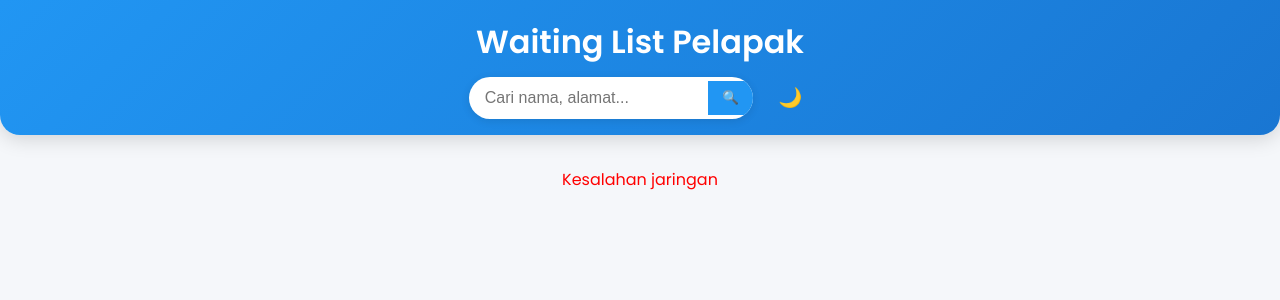
Repository: pasarrakyatbak/WaitingListforPanitia
Page: index.html
The author's editor kept a copy of each file at every save. The page is drawn from the files as they stood at one save, then again after the next save.
The browser window is 1280 px wide. The pictures show the whole page.
The page's requests for data from a server got no answer.

Above is the page before, as saved 2025-09-25 16:44:28.

### index.html
<!DOCTYPE html>
<html lang="id">

<head>
    <meta charset="UTF-8">
    <meta name="viewport" content="width=device-width, initial-scale=1.0">
    <title>Waiting List Pelapak</title>
    <link href="https://fonts.googleapis.com/css2?family=Poppins:wght@400;500;600&display=swap" rel="stylesheet">
    <link rel="stylesheet" href="style.css">
</head>

<body>
    <!-- App Bar -->
    <div class="app-bar">
        <h1>Waiting List Pelapak</h1>
        <div class="header-actions">
            <!-- Search -->
            <div class="search-container">
                <input type="text" id="searchInput" placeholder="Cari nama, alamat...">
                <button id="searchBtn" aria-label="Cari">
                    <span class="icon">🔍</span>
                </button>
            </div>

            <!-- Toggle Dark Mode -->
            <button id="darkSwitch" class="toggle-dark" aria-label="Ganti tema">
                <span class="icon sun">☀️</span>
                <span class="icon moon">🌙</span>
            </button>

        </div>
    </div>

    <!-- Loader -->
    <div class="loader hidden" id="loader">
        <div class="spinner"></div>
        <div>Memuat data...</div>
    </div>

    <!-- List Container -->
    <div class="grid" id="listContainer"></div>

    <!-- Pagination -->
    <div class="pagination" id="pagination"></div>

    <!-- Modal -->
    <div class="modal hidden" id="modal">
        <div class="modal-content">
            <div id="modalMessage"></div>
            <div class="modal-actions">
                <button class="btn secondary" id="cancelBtn">Batal</button>
                <button class="btn primary" id="confirmBtn">
                    <span class="btn-text">Ya</span>
                    <span class="btn-spinner hidden"></span>
                </button>
            </div>
        </div>
    </div>

    <!-- Toast -->
    <div class="toast hidden" id="toast">
        <span id="toastMessage"></span>
        <button id="toastClose">✖</button>
    </div>

    <script src="script.js"></script>
</body>

</html>

### style.css
/* Reset & Global */
* {
    margin: 0;
    padding: 0;
    box-sizing: border-box;
}

body {
    font-family: "Poppins", sans-serif;
    background: #f5f7fa;
    color: #212121;
    display: flex;
    flex-direction: column;
    min-height: 100vh;
    transition: background 0.4s, color 0.4s;
    line-height: 1.6;
}

/* 🌙 Dark Mode Global */
body.dark {
    background: #121212;
    color: #e0e0e0;
}

/* App Bar */
.app-bar {
    background: linear-gradient(135deg, #2196f3, #1976d2);
    color: #fff;
    padding: 1rem 1.5rem;
    text-align: center;
    box-shadow: 0 4px 20px rgba(0, 0, 0, 0.15);
    position: sticky;
    top: 0;
    z-index: 100;
    border-bottom-left-radius: 20px;
    border-bottom-right-radius: 20px;
    transition: background 0.4s, box-shadow 0.4s;
}

.app-bar h1 {
    font-size: 1.8rem;
    font-weight: 600;
}

.header-actions {
    display: flex;
    justify-content: center;
    gap: 1rem;
    flex-wrap: wrap;
    margin-top: 0.6rem;
}

/* 🌙 Dark Mode App Bar */
body.dark .app-bar {
    background: linear-gradient(135deg, #0d47a1, #1565c0);
    box-shadow: 0 4px 20px rgba(255, 255, 255, 0.1);
}

/* 🎨 Modern Buttons */
.btn {
    display: inline-flex;
    align-items: center;
    justify-content: center;
    gap: 0.5rem;
    padding: 0.65rem 1.2rem;
    border: none;
    border-radius: 14px;
    font-size: 0.9rem;
    font-weight: 600;
    cursor: pointer;
    transition: all 0.3s ease;
    box-shadow: 0 4px 12px rgba(0, 0, 0, 0.12);
    position: relative;
    overflow: hidden;
}

/* efek klik ripple */
.btn::after {
    content: "";
    position: absolute;
    inset: 0;
    background: rgba(255, 255, 255, 0.2);
    opacity: 0;
    transition: opacity 0.3s;
}

.btn:active::after {
    opacity: 1;
    transition: opacity 0s;
}

/* Variasi tombol */
.btn.primary {
    background: linear-gradient(135deg, #4caf50, #388e3c);
    color: #fff;
}

.btn.primary:hover {
    transform: translateY(-2px);
    box-shadow: 0 6px 15px rgba(56, 142, 60, 0.35);
}

.btn.secondary {
    background: linear-gradient(135deg, #2196f3, #1976d2);
    color: #fff;
}

.btn.secondary:hover {
    transform: translateY(-2px);
    box-shadow: 0 6px 15px rgba(25, 118, 210, 0.35);
}

.btn.danger {
    background: linear-gradient(135deg, #f44336, #c62828);
    color: #fff;
}

.btn.danger:hover {
    transform: translateY(-2px);
    box-shadow: 0 6px 15px rgba(198, 40, 40, 0.35);
}

.btn.outline {
    background: transparent;
    border: 2px solid #2196f3;
    color: #2196f3;
}

.btn.outline:hover {
    background: #2196f3;
    color: #fff;
}

/* 🌙 Dark mode tombol */
body.dark .btn.primary {
    background: linear-gradient(135deg, #66bb6a, #2e7d32);
}

body.dark .btn.secondary {
    background: linear-gradient(135deg, #64b5f6, #1565c0);
}

body.dark .btn.danger {
    background: linear-gradient(135deg, #ef5350, #b71c1c);
}

body.dark .btn.outline {
    border-color: #90caf9;
    color: #90caf9;
}

body.dark .btn.outline:hover {
    background: #90caf9;
    color: #121212;
}

/* 🔘 Icon Button Round */
.btn.icon {
    width: 42px;
    height: 42px;
    border-radius: 50%;
    padding: 0;
    display: inline-flex;
    align-items: center;
    justify-content: center;
    font-size: 1.2rem;
    background: #2196f3;
    color: #fff;
    border: none;
    cursor: pointer;
    transition: all 0.3s ease;
    box-shadow: 0 3px 10px rgba(33, 150, 243, 0.3);
}

.btn.icon:hover {
    transform: scale(1.05);
    box-shadow: 0 5px 14px rgba(33, 150, 243, 0.4);
}

.btn.icon:active {
    transform: scale(0.95);
}

/* 🌙 Dark mode untuk tombol icon */
body.dark .btn.icon {
    background: #90caf9;
    color: #121212;
    box-shadow: 0 3px 10px rgba(144, 202, 249, 0.25);
}

/* Search modern */
.search-container {
    display: flex;
    align-items: center;
    background: #fff;
    border-radius: 30px;
    overflow: hidden;
    box-shadow: 0 2px 8px rgba(0, 0, 0, 0.1);
    transition: background 0.3s;
}

.search-container input {
    border: none;
    outline: none;
    padding: 0.6rem 1rem;
    font-size: 0.9rem;
    flex: 1;
    background: transparent;
}

.search-container button {
    background: #2196f3;
    border: none;
    color: #fff;
    padding: 0.6rem 0.9rem;
    cursor: pointer;
    transition: background 0.3s;
}

.search-container button:hover {
    background: #1976d2;
}

/* Dark mode search */
body.dark .search-container {
    background: #1f1f1f;
}

body.dark .search-container input {
    color: #fff;
}

/* Toggle Dark Mode Button */
.toggle-dark {
    background: transparent;
    border: none;
    cursor: pointer;
    font-size: 1.4rem;
    display: flex;
    align-items: center;
    justify-content: center;
    width: 42px;
    height: 42px;
    border-radius: 50%;
    transition: background 0.3s;
}

.toggle-dark:hover {
    background: rgba(0, 0, 0, 0.05);
}

.toggle-dark .icon {
    display: none;
}

.toggle-dark .sun {
    color: #ff9800;
}

.toggle-dark .moon {
    color: #1976d2;
}

.toggle-dark.active .sun {
    display: inline;
}

.toggle-dark.active .moon {
    display: none;
}

.toggle-dark:not(.active) .moon {
    display: inline;
}


/* Loader */
.loader {
    display: flex;
    flex-direction: column;
    align-items: center;
    margin: 2rem 0;
    gap: 0.8rem;
}

.loader.hidden {
    display: none;
}

.spinner {
    border: 4px solid #e0e0e0;
    border-top: 4px solid #2196f3;
    border-radius: 50%;
    width: 40px;
    height: 40px;
    animation: spin 1s linear infinite;
}

@keyframes spin {
    100% {
        transform: rotate(360deg);
    }
}

/* 🌙 Dark Mode Loader */
body.dark .spinner {
    border: 4px solid #444;
    border-top: 4px solid #90caf9;
}

/* Grid */
.grid {
    display: grid;
    grid-template-columns: repeat(auto-fit, minmax(260px, 1fr));
    gap: 1.5rem;
    padding: 1.5rem;
}

/* Card */
.card {
    position: relative;
    background: #fff;
    border-radius: 16px;
    padding: 1.5rem;
    box-shadow: 0 6px 20px rgba(0, 0, 0, 0.08);
    transition: transform 0.3s, box-shadow 0.3s, background 0.4s, color 0.4s;
    display: flex;
    flex-direction: column;
}

.card:hover {
    transform: translateY(-6px);
    box-shadow: 0 12px 30px rgba(0, 0, 0, 0.15);
}

.card .title {
    font-weight: 600;
    font-size: 1.5rem;
    margin-bottom: 0.5rem;
}

.card .subtitle {
    font-size: 1rem;
    color: #666;
}

/* 🌙 Dark Mode Card */
body.dark .card {
    background: #1e1e1e;
    color: #e0e0e0;
    box-shadow: 0 6px 20px rgba(255, 255, 255, 0.05);
}

body.dark .card:hover {
    box-shadow: 0 12px 30px rgba(255, 255, 255, 0.1);
}

body.dark .card .subtitle {
    color: #bdbdbd;
}

/* Modal */
.modal {
    position: fixed;
    inset: 0;
    background: rgba(0, 0, 0, 0.45);
    display: flex;
    align-items: center;
    justify-content: center;
    z-index: 1000;
}

.modal.hidden {
    display: none;
}

.modal-content {
    background: #fff;
    padding: 2rem;
    border-radius: 20px;
    max-width: 400px;
    width: 90%;
    text-align: center;
    box-shadow: 0 10px 30px rgba(0, 0, 0, 0.2);
    animation: fadeInUp 0.3s ease;
    transition: background 0.4s, color 0.4s;
}

/* 🌙 Dark Mode Modal */
body.dark .modal-content {
    background: #2a2a2a;
    color: #e0e0e0;
    box-shadow: 0 10px 30px rgba(255, 255, 255, 0.05);
}

/* Toast */
.toast {
    position: fixed;
    top: 12%;
    left: 50%;
    transform: translateX(-50%) scale(0.9);
    background: #323232;
    color: #fff;
    padding: 0.9rem 1.4rem;
    border-radius: 14px;
    font-size: 0.9rem;
    opacity: 0;
    display: flex;
    align-items: center;
    gap: 0.7rem;
    transition: opacity 0.3s, transform 0.3s;
    z-index: 2000;
}

.toast.show {
    opacity: 1;
    transform: translateX(-50%) scale(1);
}

.toast.success {
    background: #4caf50;
}

.toast.error {
    background: #f44336;
}

.toast button {
    background: transparent;
    border: none;
    color: #fff;
    font-size: 1.1rem;
    cursor: pointer;
}

/* 🌙 Dark Mode Toast */
body.dark .toast {
    background: #444;
    color: #fff;
}

body.dark .toast.success {
    background: #388e3c;
}

body.dark .toast.error {
    background: #c62828;
}

/* Pagination */
.pagination {
    display: flex;
    justify-content: center;
    gap: 0.5rem;
    margin: 1.2rem 0;
    flex-wrap: wrap;
}

.pagination button {
    padding: 0.5rem 1rem;
    border-radius: 20px;
    border: 1px solid #2196f3;
    background: #fff;
    color: #2196f3;
    cursor: pointer;
    transition: all 0.3s ease;
}

.pagination button.active {
    background: #2196f3;
    color: #fff;
}

/* 🌙 Dark Mode Pagination */
body.dark .pagination button {
    border-color: #81c784;
    color: #81c784;
    background: transparent;
}

body.dark .pagination button.active {
    background: #4caf50;
    color: #fff;
}

/* Status umum */
.card .status {
    display: inline-block;
    font-size: 0.85rem;
    font-weight: 600;
    padding: 3px 10px;
    border-radius: 20px;
    margin-bottom: 0.6rem;
}

/* Waiting */
.card.waiting {
    background: #fff8e1;
    border-left: 5px solid #fbc02d;
}

.card.waiting .status {
    background: #fbc02d;
    color: #333;
}

/* Done */
.card.done {
    background: #e8f5e9;
    border-left: 5px solid #43a047;
}

.card.done .status {
    background: #43a047;
    color: #fff;
}

/* 🌙 Dark Mode Status */
body.dark .card.waiting {
    background: #2a2618;
    border-left: 5px solid #fdd835;
}

body.dark .card.waiting .status {
    background: #fdd835;
    color: #212121;
}

body.dark .card.done {
    background: #1b2d1b;
    border-left: 5px solid #66bb6a;
}

body.dark .card.done .status {
    background: #66bb6a;
    color: #fff;
}

/* 📱 Responsif */

/* Mobile kecil */
@media (max-width: 480px) {
    .app-bar h1 {
        font-size: 1.4rem;
    }

    .header-actions {
        flex-direction: column;
        gap: 0.6rem;
        align-items: stretch;
    }

    /* Search mobile */
    .search-container {
        width: 100%;
        padding: 0.4rem 0.6rem;
        border-radius: 25px;
    }

    .search-container input {
        font-size: 0.85rem;
    }

    .search-container button {
        padding: 0.5rem 0.7rem;
        font-size: 0.9rem;
    }

    /* Toggle dark mode mobile */
    .toggle-dark {
        align-self: flex-end;
        padding: 0.5rem;
        font-size: 1rem;
    }

    .card {
        padding: 1rem;
    }

    .card .title {
        font-size: 1.2rem;
    }

    .card .subtitle {
        font-size: 0.85rem;
    }

    .btn {
        font-size: 0.8rem;
        padding: 0.5rem;
    }

    .modal-content {
        padding: 1.2rem;
    }
}

/* Tablet */
@media (max-width: 768px) {
    .app-bar h1 {
        font-size: 1.6rem;
    }

    .header-actions {
        gap: 0.8rem;
    }

    /* Search tablet */
    .search-container {
        flex: 1;
        max-width: 420px;
    }

    .search-container input {
        font-size: 0.9rem;
    }

    .search-container button {
        padding: 0.55rem 0.9rem;
    }

    /* Toggle dark mode tablet */
    .toggle-dark {
        padding: 0.6rem;
        font-size: 1.1rem;
    }

    .grid {
        grid-template-columns: repeat(auto-fit, minmax(200px, 1fr));
        gap: 1rem;
        padding: 1rem;
    }

    .card {
        padding: 1.2rem;
    }

    .pagination {
        gap: 0.3rem;
    }

    .pagination button {
        padding: 0.4rem 0.8rem;
        font-size: 0.85rem;
    }
}

/* Laptop / Desktop */
@media (min-width: 1024px) {
    .app-bar h1 {
        font-size: 2rem;
    }

    .header-actions {
        flex-direction: row;
        gap: 1rem;
    }

    /* Search desktop */
    .search-container {
        max-width: 500px;
    }

    .search-container input {
        font-size: 1rem;
    }

    /* Toggle dark mode desktop */
    .toggle-dark {
        padding: 0.7rem;
        font-size: 1.2rem;
    }

    .grid {
        grid-template-columns: repeat(auto-fit, minmax(280px, 1fr));
        gap: 2rem;
        padding: 2rem;
    }

    .card {
        padding: 1.8rem;
    }
}

### script.js
const URL_API = "https://script.google.com/macros/s/AKfycby4z2qZ24SrJkcyGpybH29lSUC_3_z1LG-7wSmTzpaOEXrwjXf0Cl3hqkg95qAxPj1-/exec";

const listContainer = document.getElementById("listContainer");
const modal = document.getElementById("modal");
const modalMessage = document.getElementById("modalMessage");
const confirmBtn = document.getElementById("confirmBtn");
const cancelBtn = document.getElementById("cancelBtn");
const loader = document.getElementById("loader");
const btnText = confirmBtn.querySelector(".btn-text");
const btnSpinner = confirmBtn.querySelector(".btn-spinner");
const searchInput = document.getElementById("searchInput");
const searchBtn = document.getElementById("searchBtn");
const paginationDiv = document.getElementById("pagination");
const darkSwitch = document.getElementById("darkSwitch");

let selectedItem = null;
let selectedAction = null;
let selectedCardButton = null;
let currentPage = 1;
let totalPages = 1;
let currentKeyword = "";
let searchTimeout = null;

let allData = []; // cache semua data

// Loader & Spinner
const showLoader = () => loader.classList.remove("hidden");
const hideLoader = () => loader.classList.add("hidden");
const setButtonLoading = (state) => {
    btnText.textContent = state ? "Memproses..." : "Ya";
    btnSpinner.classList.toggle("hidden", !state);
    confirmBtn.disabled = state;
};

// Fetch data dari API sekali saja
async function fetchData(limit = 1000) {
    const url = `${URL_API}?action=waitingList&page=1&limit=${limit}`;
    const res = await fetch(url);
    return res.json();
}

// Load data (dengan filter lokal)
async function loadData(page = 1, limit = 10, keyword = "") {
    showLoader();
    try {
        // fetch hanya sekali saat awal
        if (allData.length === 0) {
            const json = await fetchData(1000); // ambil banyak sekaligus
            if (json.success) {
                allData = json.data;
            } else {
                listContainer.innerHTML = `<p style="text-align:center;">Data kosong</p>`;
                hideLoader();
                return;
            }
        }

        // filter lokal
        const filtered = keyword
            ? allData.filter(item =>
                item.nama.toLowerCase().includes(keyword.toLowerCase()) ||
                item.alamat.toLowerCase().includes(keyword.toLowerCase()) ||
                item.jualan.toLowerCase().includes(keyword.toLowerCase())
            )
            : allData;

        // pagination manual
        totalPages = Math.ceil(filtered.length / limit) || 1;
        const start = (page - 1) * limit;
        const end = start + limit;
        const paginated = filtered.slice(start, end);

        listContainer.innerHTML = "";
        if (paginated.length) {
            const fragment = document.createDocumentFragment();
            paginated.forEach(item => fragment.appendChild(createCard(item)));
            listContainer.appendChild(fragment);
            currentPage = page;
            renderPagination();
        } else {
            listContainer.innerHTML = `<p style="text-align:center;">Data tidak ditemukan</p>`;
            paginationDiv.innerHTML = "";
        }
    } catch (err) {
        console.error("Error loadData:", err);
        listContainer.innerHTML = `<p style="text-align:center; color:red;">Kesalahan jaringan</p>`;
        paginationDiv.innerHTML = "";
    } finally {
        hideLoader();
    }
}

// Create card
function createCard(item) {
    const card = document.createElement("div");
    const statusClass = item.status === "done" ? "done" : "waiting";
    const statusText = item.status === "done" ? "Done" : "Waiting List";

    card.className = `card ${statusClass}`;
    card.dataset.no = item.no;
    card.innerHTML = `
        <div class="status">${statusText}</div>
        <div class="title">${item.no}. ${item.nama}</div>
        <div class="subtitle"><strong>Alamat:</strong> ${item.alamat}</div>
        <div class="subtitle"><strong>Jualan:</strong> ${item.jualan}</div>
        <div class="subtitle"><strong>WA:</strong> ${item.nomor_wa}</div>
        <div class="actions">
            <button class="btn primary">
                <span class="btn-text">${item.status === "done" ? "Selesai ✅" : "Tandai Selesai"}</span>
                <span class="btn-card-spinner hidden"></span>
            </button>
            <button class="btn danger">
                <span class="btn-text">Hapus</span>
                <span class="btn-card-spinner hidden"></span>
            </button>
        </div>
    `;
    return card;
}



// Event delegation untuk tombol Done/Hapus
listContainer.addEventListener("click", (e) => {
    const card = e.target.closest(".card");
    if (!card) return;
    const item = {
        no: card.dataset.no,
        nama: card.querySelector(".title").textContent.split(". ")[1]
    };
    if (e.target.closest(".btn.primary")) {
        selectedItem = item;
        selectedAction = "done";
        selectedCardButton = e.target.closest(".btn.primary");
        modalMessage.textContent = `Tandai "${item.nama}" sebagai Done?`;
        modal.classList.remove("hidden");
    } else if (e.target.closest(".btn.danger")) {
        selectedItem = item;
        selectedAction = "delete";
        selectedCardButton = e.target.closest(".btn.danger");
        modalMessage.textContent = `Hapus "${item.nama}" dari waiting list?`;
        modal.classList.remove("hidden");
    }
});

// Modal cancel
cancelBtn.addEventListener("click", resetModal);

// Modal confirm
confirmBtn.addEventListener("click", async () => {
    if (!selectedItem || !selectedAction) return resetModal();
    const actionApi = selectedAction === "done" ? "approveWaitingList" : "deleteWaitingList";

    setButtonLoading(true);
    const spinnerCard = selectedCardButton.querySelector(".btn-card-spinner");
    selectedCardButton.disabled = true;
    spinnerCard.classList.remove("hidden");

    try {
        const res = await fetch(URL_API, {
            method: "POST",
            body: new URLSearchParams({ action: actionApi, no: selectedItem.no })
        });
        const json = await res.json();
        if (json.success) {
            showToast(`"${selectedItem.nama}" berhasil ${selectedAction === "done" ? 'ditandai Done ✅' : 'dihapus ❌'}`, "success");

            // 🔑 refresh data supaya sesuai dengan sheet
            allData = [];
            await loadData(currentPage, 10, currentKeyword);
        } else {
            showToast(json.message || "Gagal update data", "error");
        }
    } catch (err) {
        console.error("Error confirm:", err);
        showToast("Kesalahan jaringan", "error");
    } finally {
        setButtonLoading(false);
        spinnerCard.classList.add("hidden");
        selectedCardButton.disabled = false;
        resetModal();
    }
});

function resetModal() {
    modal.classList.add("hidden");
    selectedItem = null;
    selectedAction = null;
    selectedCardButton = null;
}

// Update card
function markAsDone(no) {
    const card = listContainer.querySelector(`.card[data-no="${no}"]`);
    if (card) card.classList.add("done");
}
function removeCard(no) {
    const card = listContainer.querySelector(`.card[data-no="${no}"]`);
    if (card) card.remove();
}

// Toast
function showToast(message, type = "success") {
    const toast = document.getElementById("toast");
    const toastMessage = document.getElementById("toastMessage");
    const toastClose = document.getElementById("toastClose");
    toastMessage.textContent = message;
    toast.className = `toast ${type} show`;
    const timer = setTimeout(() => { toast.className = "toast hidden"; }, 3000);
    toastClose.onclick = () => { clearTimeout(timer); toast.className = "toast hidden"; };
}

// Pagination
function renderPagination() {
    paginationDiv.innerHTML = "";
    for (let i = 1; i <= totalPages; i++) {
        const btn = document.createElement("button");
        btn.textContent = i;
        if (i === currentPage) btn.classList.add("active");
        btn.addEventListener("click", () => loadData(i, 10, currentKeyword));
        paginationDiv.appendChild(btn);
    }
}

// Search dengan debounce (filter lokal)
searchBtn.addEventListener("click", () => triggerSearch());
searchInput.addEventListener("input", () => triggerSearch());
function triggerSearch() {
    clearTimeout(searchTimeout);
    searchTimeout = setTimeout(() => {
        currentKeyword = searchInput.value.trim();
        loadData(1, 10, currentKeyword);
    }, 300);
}

// Dark mode
if (localStorage.getItem("darkMode") === "true") {
    document.body.classList.add("dark");
    darkSwitch.classList.add("active"); // tampilkan icon matahari
}

darkSwitch.addEventListener("click", () => {
    const isDark = document.body.classList.toggle("dark");
    localStorage.setItem("darkMode", isDark);
    darkSwitch.classList.toggle("active", isDark);
});

// Load awal
window.addEventListener("DOMContentLoaded", () => loadData());

After the next save:
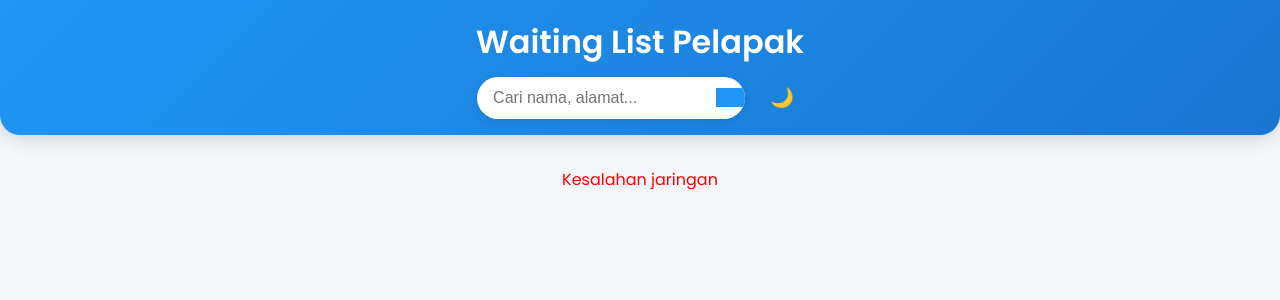
Saved 97 s later.
--- a/index.html
+++ b/index.html
@@ -18,7 +18,6 @@
             <div class="search-container">
                 <input type="text" id="searchInput" placeholder="Cari nama, alamat...">
                 <button id="searchBtn" aria-label="Cari">
-                    <span class="icon">🔍</span>
                 </button>
             </div>
 
